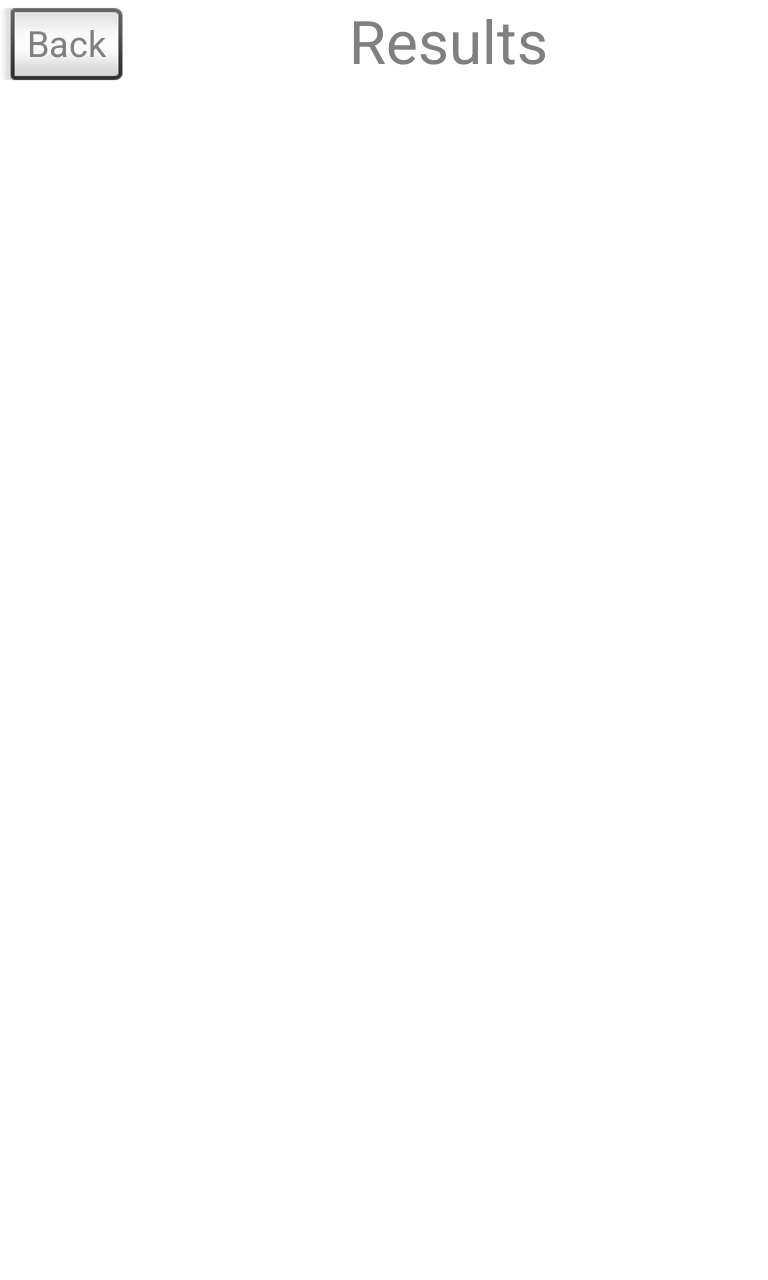
Repository: scottcaruso/Java_I_1307_Week4
Layout: myGov/res/layout/politician_display.xml
These files come from the project's save history. The layout is drawn as it stood at one moment and after the next save; the edit follows.
It is drawn on a 768 x 1280 px phone screen (xhdpi) without system bars, with theme AppTheme; the app's code is not run.

Above is the layout before, as saved 2013-08-01 20:39:16.

After the next save:
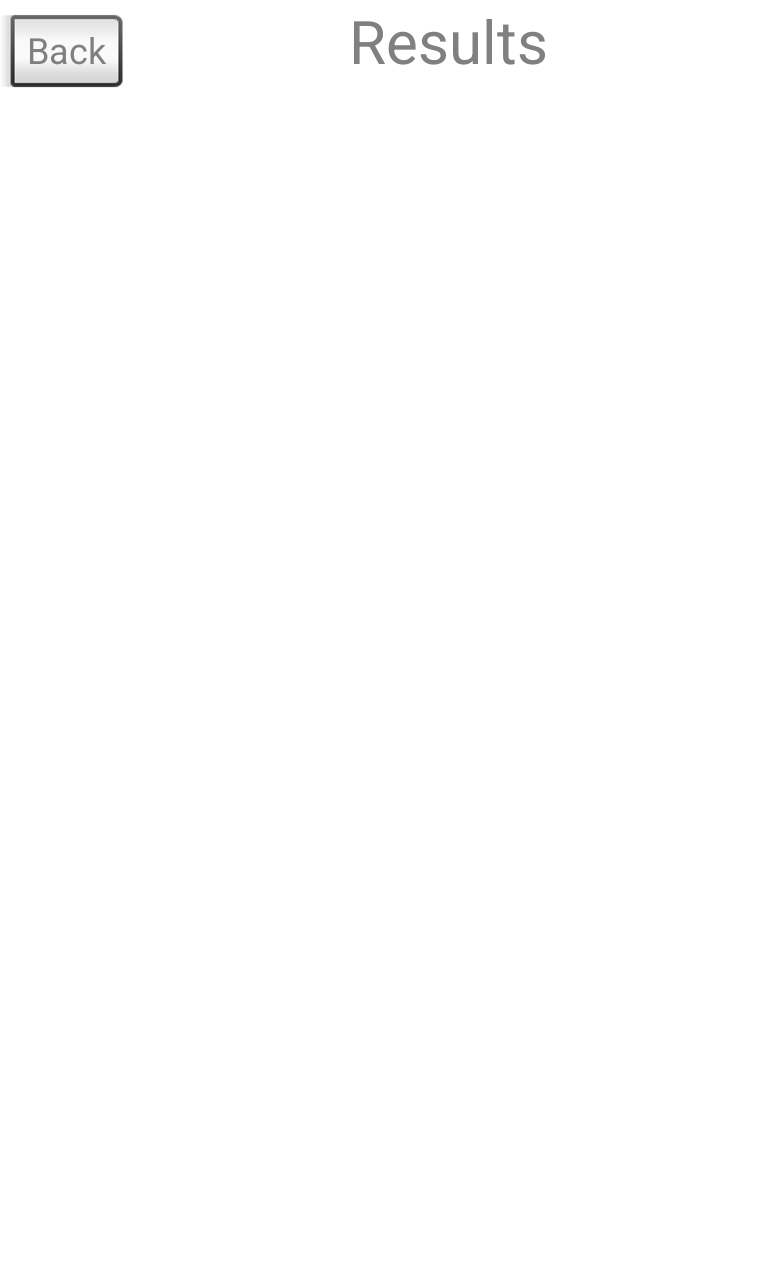
Saved 100 s later.
--- a/myGov/res/layout/politician_display.xml
+++ b/myGov/res/layout/politician_display.xml
@@ -2,7 +2,6 @@
 <LinearLayout xmlns:android="http://schemas.android.com/apk/res/android"
     android:layout_width="match_parent"
     android:layout_height="match_parent"
-    android:baselineAligned="_baseline"
     android:orientation="horizontal" >
 
     <Button
